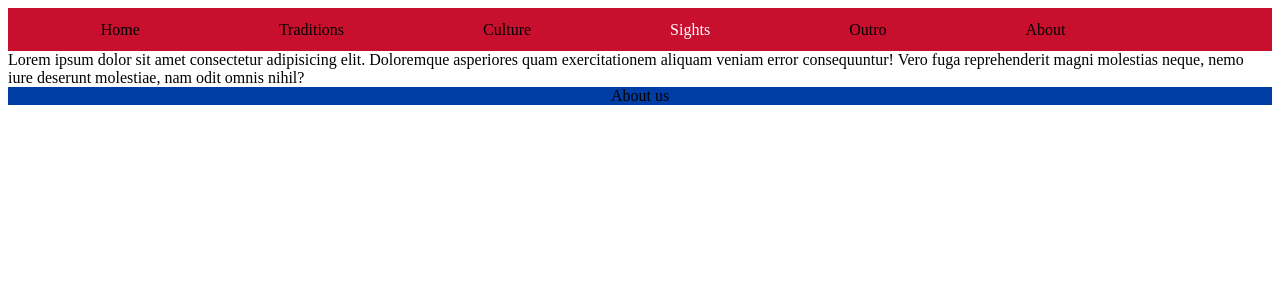
Repository: Cornman63/The-netherlands
Page: sights.html
An editor plug-in stored every save of this project. The page is shown before and after the next save, followed by the edit.
The browser window is 1280 px wide. The pictures show the whole page.

Above is the page before, as saved 2023-05-17 12:31:45.

### sights.html
<!DOCTYPE html>
<html lang="en">
<head>
    <meta charset="UTF-8">
    <meta http-equiv="X-UA-Compatible" content="IE=edge">
    <meta name="viewport" content="width=device-width, initial-scale=1.0">
    <link rel="stylesheet" href="style.css">
    <title>Visit the Netherlands</title>

</head>
<body>
    <div class="top">
        <div class="site"><a href="index.html" style="color:black" class="link">Home</a></div>
        <div class="site"><a href="traditions.html" style="color:black" class="link">Traditions</a></div>
        <div class="site"><a href="culture.html" style="color:black" class="link">Culture</a></div>
        <div class="site"><a href="sights.html" style="color: white" class="link">Sights</a></div>
        <div class="site"><a href="outro.html" style="color:black" class="link">Outro</a></div>
        <div class="site"><a href="about.html" style="color:black" class="link">About</a></div>
    </div>
    <div class="text">
        Lorem ipsum dolor sit amet consectetur adipisicing elit. Doloremque asperiores quam exercitationem aliquam veniam error consequuntur! Vero fuga reprehenderit magni molestias neque, nemo iure deserunt molestiae, nam odit omnis nihil?
    </div>
    <div class="bottom">
        About us
    </div>
</body>
</html>

### style.css
.top, .bottom {
    display: flex;
    flex-direction: row;
    justify-content: center;
    align-content:center;
    background-color:#C8102E;
}
.bottom{
    background-color: #003DA5;
}

.site {
    display: flex;
    border: 1%;
    margin: 1%;
    margin-right: 10%;
    align-content: center;
}
.link {
    text-decoration: none;
}

After the next save:
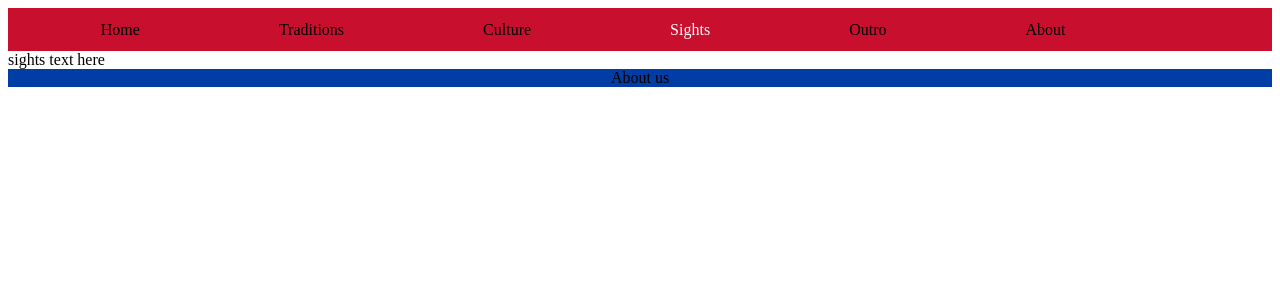
Saved 10 s later.
--- a/sights.html
+++ b/sights.html
@@ -18,7 +18,7 @@
         <div class="site"><a href="about.html" style="color:black" class="link">About</a></div>
     </div>
     <div class="text">
-        Lorem ipsum dolor sit amet consectetur adipisicing elit. Doloremque asperiores quam exercitationem aliquam veniam error consequuntur! Vero fuga reprehenderit magni molestias neque, nemo iure deserunt molestiae, nam odit omnis nihil?
+        sights text here
     </div>
     <div class="bottom">
         About us
